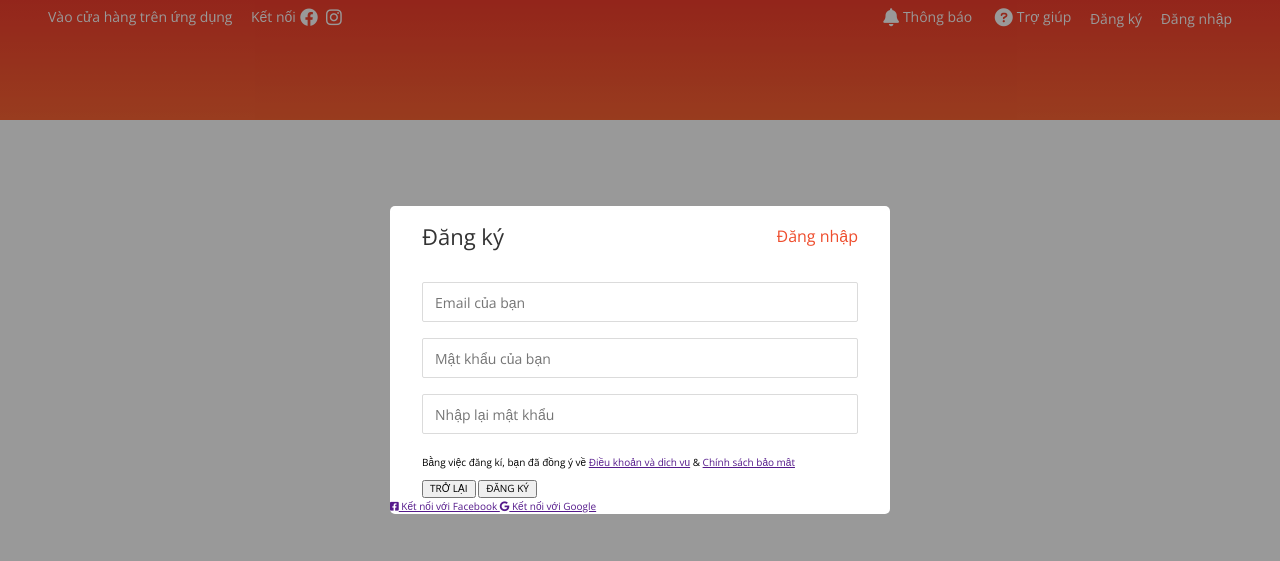
Repository: trongtamdev/Clone-Shopee-Page
Page: index.html
These files come from the project's save history. The page is drawn as it stood at one moment and after the next save; the edit follows.
The browser window is 1280 px wide. The pictures show the whole page.

Above is the page before, as saved 2022-07-08 21:35:30.

### index.html
<!DOCTYPE html>
<html lang="en">

<head>
    <meta charset="UTF-8">
    <meta http-equiv="X-UA-Compatible" content="IE=edge">
    <meta name="viewport" content="width=device-width, initial-scale=1.0">
    <title>Document</title>
    <link rel="stylesheet" href="https://cdnjs.cloudflare.com/ajax/libs/normalize/8.0.1/normalize.min.css">
    <link rel="stylesheet" href="assets/css/base.css">
    <link rel="stylesheet" href="assets/css/main.css">
    <link rel="stylesheet" href="assets/fonts/fontawesome-free-6.1.1/css/all.min.css">
    <link href="https://fonts.googleapis.com/css2?family=Open+Sans:wght@300;400;500;700&display=swap" rel="stylesheet">
</head>
    <div class="app">
        <header class="header">
            <div class="grid">
                <nav class="header__navbar">
                    <ul class="header__navbar-list">
                        <li class="header__navbar-item header__navbar-item--has-qr">
                            Vào cửa hàng trên ứng dụng
                            <div class="header__qr">
                                <img src="assets/img/qr_code.png" alt="QR code" class="header__qr-img">
                                <div class="header__qr-apps">
                                    <a href="" class="header__qr-link">
                                        <img src="assets/img/google_play.png" alt="Google play" class="header__qr-download-img">
                                    </a>
                                    <a href="" class="header__qr-link">
                                        <img src="assets/img/app_store.png" alt="App store" class="header__qr-download-img">
                                    </a>
                                </div>
                            </div>
                        </li>
                        <li class="header__navbar-item">
                            <span class="header__navbar-title--no-pointer">Kết nối</span>
                            <a href="" class="header__navbar-icon-link">
                                <i class="header__navbar-icon fa-brands fa-facebook"></i>
                            </a>
                            <a href="" class="header__navbar-icon-link">
                                <i class="header__navbar-icon fa-brands fa-instagram"></i>
                            </a>
                        </li>
                    </ul>

                    <ul class="header__navbar-list">
                        <li class="header__navbar-item">
                            <a href="" class="header__navbar-item-link">
                                <i class="header__navbar-icon fa-solid fa-bell"></i>
                                Thông báo</a>
                        </li>

                        <li class="header__navbar-item">
                            <a href="" class="header__navbar-item-link">
                                <i class="header__navbar-icon fa-solid fa-circle-question"></i>
                                Trợ giúp</a>
                        </li>

                        <li class="header__navbar-item header__navbar-item--strong">Đăng ký</li>
                        <li class="header__navbar-item header__navbar-item--strong">Đăng nhập</li>
                    </ul>
                </nav>
            </div>

        </header>

        <div class="container">

        </div>

        <footer class="footer">

        </footer>
    </div>
    <div class="modal">
        <div class="modal__overlay">

        </div>
        <div class="modal__body">

            <!-- Auth form -->
            <div class="auth-form">
                <div class="auth-form__container">
                    <div class="auth-form__header">
                        <h3 class="auth-form__heading">Đăng ký</h3>
                        <span class="auth-form__switch-btn">Đăng nhập</span>
                    </div>

                    <div class="auth-form__form">
                        <div class="auth-form__group">
                            <input type="text" class="auth-form__input" placeholder="Email của bạn">
                        </div>

                        <div class="auth-form__group">
                            <input type="password" class="auth-form__input" placeholder="Mật khẩu của bạn">
                        </div>

                        <div class="auth-form__group">
                            <input type="password" class="auth-form__input" placeholder="Nhập lại mật khẩu">
                        </div>
                    </div>

                    <div class="auth-form__aside">
                        <p class="auth-form__policy-text">
                            Bằng việc đăng kí, bạn đã đồng ý về
                            <a href="" class="auth-form__policy-link">Điều khoản và dịch vụ</a> &
                            <a href="" class="auth-form__policy-link">Chính sách bảo mật</a>
                        </p>
                    </div>

                    <div class="auth-form__controls">
                        <button class="btn">TRỞ LẠI</button>
                        <button class="btn btn--primary">ĐĂNG KÝ</button>
                    </div>
                </div>

                <div class="auth-form__socials">
                    <a href="" class="btn btn--with-icon">
                        <i class="fa-brands fa-facebook-square"></i>
                        Kết nối với Facebook
                    </a>

                    <a href="" class="btn btn--with-icon">
                        <i class="fa-brands fa-google"></i>
                        Kết nối với Google
                    </a>
                </div>
            </div>
        </div>
    </div>
<body>

</body>

</html>

### assets/css/base.css
:root {
    --white-color :#fff;
    --back-color :#000;
    --text-color : #333;
    --primary-color: #EE4D2D;
    --border-color: #dbdbdb;
}

*{
    box-sizing: inherit;
}

html {
    font-size: 62.5%;
    line-height: 1.6rem;
    font-family: 'Open Sans', sans-serif;;
    box-sizing: border-box;
}

.grid {
    width: 1200px;
    max-width: 100%;
    margin: 0 auto;
}

.grid__full-width {
    width: 100%;
}

.grid__row {
    display: flex;
    flex-wrap: wrap
}

/* Animation */
@keyframes fadeIn {
    from {
        opacity: 0;
    }to {
        opacity: 1;
    }
}

/* Modal */

.modal {
    position: fixed;
    top: 0;
    right: 0;
    bottom: 0;
    left: 0;
    display: flex;
}

.modal__overlay {
    position: absolute;
    width: 100%;
    height: 100%;
    background-color: rgba(0, 0, 0, 0.4);
}

.modal__body {

    background-color: var(--white-color);
    margin: auto;
    position: relative;
    z-index: 1;
    border-radius: 5px;
}

### assets/css/main.css
.header {
    height: 120px;
    background-image: linear-gradient(0, #fe6433, #f53e2d);
}

.header__navbar {
    display: flex;
    justify-content: space-between;
}

.header__navbar-list {
    list-style: none;
    padding: 0;
    margin-top: 4px;
}

.header__navbar-item {
    margin: 0 8px;
    position: relative;
    min-height: 26px;
}

.header__navbar-item--has-qr:hover .header__qr {
    display: block;
}

.header__navbar-item,
.header__navbar-item-link{
    display: inline-block;
    font-size: 1.4rem;
    color :var(--white-color);
    text-decoration: none;
    font-weight: 300;
}

.header__navbar-item,
.header__navbar-item-link,
.header__navbar-icon-link {
    display: inline-flex;
    align-items: center;
}

.header__navbar-item:hover,
.header__navbar-item-link:hover,
.header__navbar-icon-link:hover{
    cursor: pointer;
    color: rgba(255, 255, 255, 0.7);
}

.header__navbar-item--strong {
    font-weight: 400;
}


.header__navbar-icon-link {
    color: var(--white-color);
    text-decoration: none;
}

.header__navbar-icon {
    font-size: 1.8rem;
    margin: 0 4px;
}

.header__navbar-title--no-pointer {
    color: var(--white-color);
    cursor: text;
}

/* Header QR code */

.header__qr {
    width: 186px;
    background-color: var(--white-color);
    position: absolute;
    left: 0;
    top: 118%;
    padding: 8px;
    border-radius: 2px;
    display: none;
    animation: fadeIn ease-in 0.5s;
}

.header__qr::before {
    position: absolute;
    left: 0;
    top: -16px;
    width: 100%;
    height: 20px;
    content: "";
    display: block;
}

.header__qr-img {
    width: 100%;
}

.header__qr-apps {
    display: flex;
}

.header__qr-link:nth-child(1) {
    margin-left: 11px;
}

.header__qr-link:nth-child(2) {
    margin-right: 11px;
}

.header__qr-download-img {
    height: 18px;
}


/* Authen Modal */

.auth-form {
    width: 500px;

}


.auth-form__container {
    padding: 0 32px;
}

.auth-form__header {
    display: flex;
    align-items: center;
    justify-content: space-between;
}

.auth-form__heading {
    font-size: 2.2rem;
    font-weight: 400;
    color: var(--text-color);
}

.auth-form__switch-btn {
    font-size: 1.6rem;
    font-weight: 400;
    color: var(--primary-color);
    cursor: pointer;
}

.auth-form__form {

}

.auth-form__input {
    width: 100%;
    height: 40px;
    margin-top: 16px;
    padding: 0 12px;
    font-size: 1.4rem;
    border: 1px solid var(--border-color);
    border-radius: 2px;
    outline: none;
}

.auth-form__input:focus {
    border-color: #777;
}

.auth-form__aside {
    margin-top: 20px;
}

Loaded but not shown: assets/fonts/fontawesome-free-6.1.1/css/all.min.css (library)

After the next save:
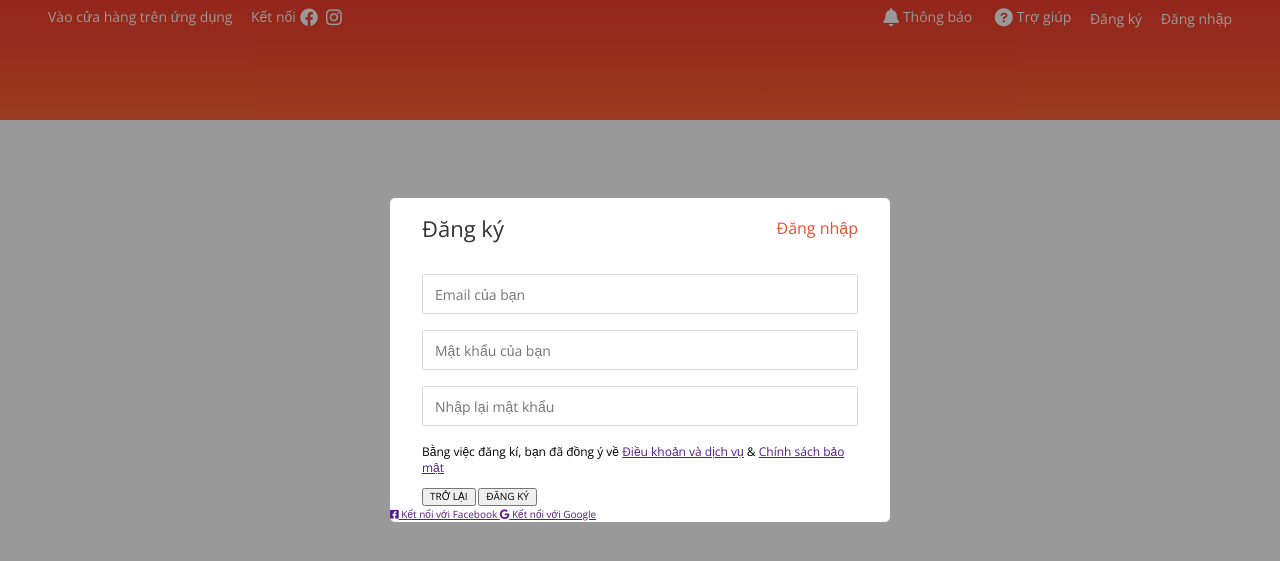
Saved 41 s later.
--- a/assets/css/main.css
+++ b/assets/css/main.css
@@ -163,5 +163,9 @@
 }
 
 .auth-form__aside {
-    margin-top: 20px;
+    margin-top: 18px;
 }
+
+.auth-form__policy-text {
+    font-size: 1.2rem;
+}
